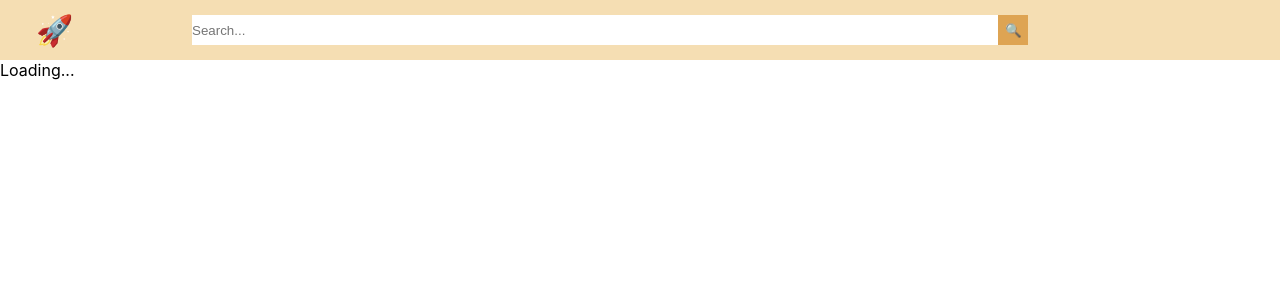
Repository: YEOMJINSEOP/React
Page: / (app in reactube/)
The author's editor kept a copy of each file at every save. The page is drawn from the files as they stood at one save, then again after the next save.
The browser window is 1280 px wide. The pictures show the whole page.
The page's requests for data from a server got no answer. The project was rebuilt for these pictures with package versions that can differ from the ones it lists, and the page was loaded fresh each time. No one was signed in, and anything a server would have sent is missing. Also part of the build but not shown: reactube/src/app.css, reactube/src/components/videoList/VideoList.module.css, reactube/src/components/videoList/VideoList.jsx.

Above is the page before, as saved 2023-01-17 11:42:10.

### reactube/public/index.html
<!DOCTYPE html>
<html lang="en">
  <head>
    <meta charset="utf-8" />
    <link rel="icon" href="%PUBLIC_URL%/favicon.ico" />
    <meta name="viewport" content="width=device-width, initial-scale=1" />
    <meta name="theme-color" content="#000000" />
    <meta
      name="description"
      content="Web site created using create-react-app"
    />

    <title>Reactube 💠</title>
  </head>
  <body>
    <noscript>You need to enable JavaScript to run this app.</noscript>
    <div id="root"></div>
  </body>
</html>

### reactube/src/app.jsx
import React from 'react';
import './app.css';
import{QueryClient, QueryClientProvider} from '@tanstack/react-query'
import VideoList from './components/videoList/VideoList';
import Header from './components/header/Header';

const queryClient = new QueryClient();
function App() {
  return (
    <QueryClientProvider client={queryClient}>
      <Header/>
      <VideoList/>
    </QueryClientProvider>
  )
}

export default App;

### reactube/src/components/header/Header.jsx
import React from 'react';
import styles from './Header.module.css';

function Header(props) {
  return (
    <div className={styles.header}>
      <button className={styles.logo} type='button'>🚀</button>
      <div className={styles.search}>
        <input className={styles.searchBox} type="text" placeholder='Search...' />
        <button type='submit' className={styles.searchBtn}>🔍</button>
      </div>
    </div>
  );
}

export default Header;

### reactube/src/components/header/Header.module.css
* {
  box-sizing: border-box;
}
button {
  background-color: transparent;
  outline: none;
  border: none;
}

.header{
  position: relative;
  background-color: wheat;
  width: 100%;
  height: 60px;
  display: flex;
  justify-content:center;
  align-items: center;
}

.logo{
  position: absolute;
  left: 10px;
  font-size: 30px;
  left: 30px;
}

.search{
  width: 70%;
}
.searchBox{
  width: 90%;
  height: 30px;
  outline: none;
  border: none;
  padding: 0;
}

.searchBtn{
  width: 30px;
  height: 30px;
  background-color: rgba(211, 133, 31, 0.647);
}

Loaded but not shown: reactube/src/index.js (common file); reactube/src/index.css (common file)

After the next save:
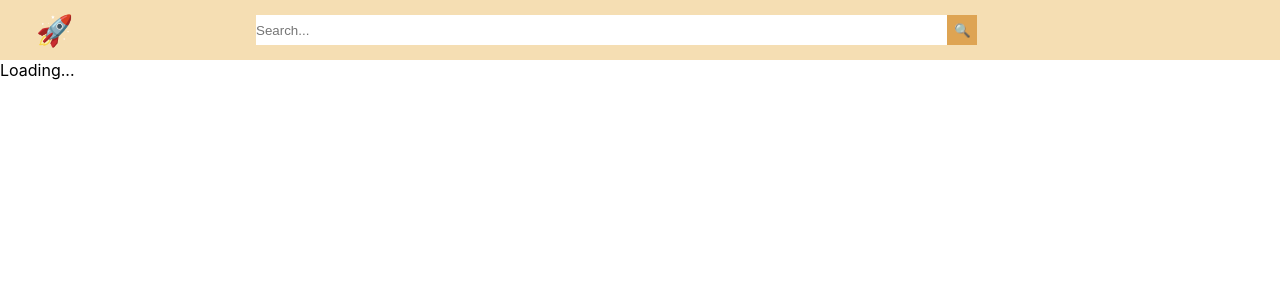
Saved 5 s later.
--- a/reactube/src/components/header/Header.module.css
+++ b/reactube/src/components/header/Header.module.css
@@ -25,7 +25,7 @@ button {
 }
 
 .search{
-  width: 70%;
+  width: 60%;
 }
 .searchBox{
   width: 90%;
